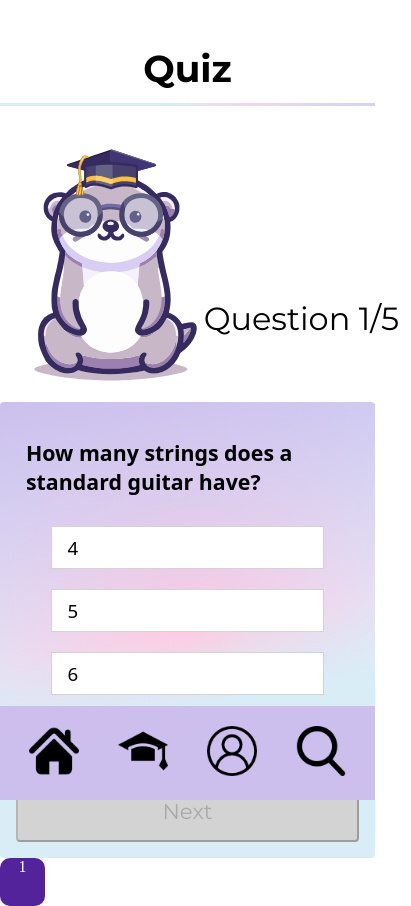
Repository: 1medi/pocketprof
Page: /quiz/page
The author's editor kept a copy of each file at every save. The page is drawn from the files as they stood at one save, then again after the next save.
The browser window is 375 px wide. The page is 411 px wide, so the pictures cover 411 px, including what lies to the right of the window. The pictures show the whole page.
The project was rebuilt for these pictures with package versions that can differ from the ones it lists, and the page was loaded fresh each time. The framework's server and built-in components were replaced by stand-ins that run in the browser. Also part of the build but not shown: next.config.mjs, Components/Buttons/Oscar/Oscar.module.css, Components/Buttons/Oscar/index.js.

Above is the page before, as saved 2024-04-14 06:29:14.

After the next save:
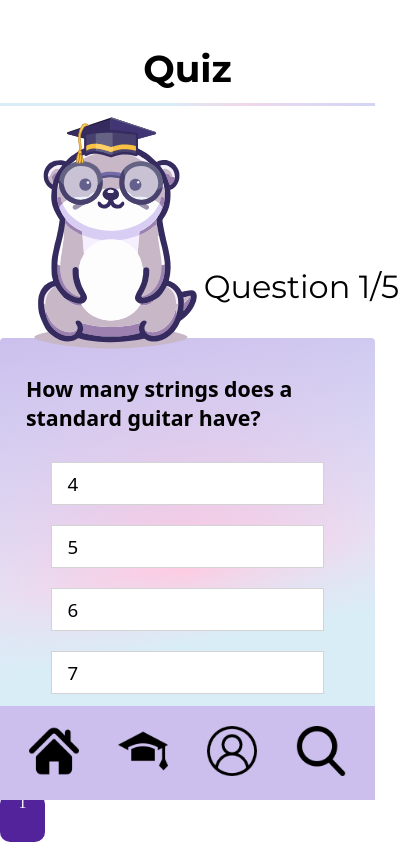
Saved 62 s later.
--- a/pages/quiz/page.module.css
+++ b/pages/quiz/page.module.css
@@ -1,7 +1,7 @@
 
 @media only screen and (max-width:431px) {
   .container{
-  padding: 2rem 0;
+  padding: 0;
   background-color: white;
   width: 95%;
   margin: auto;
